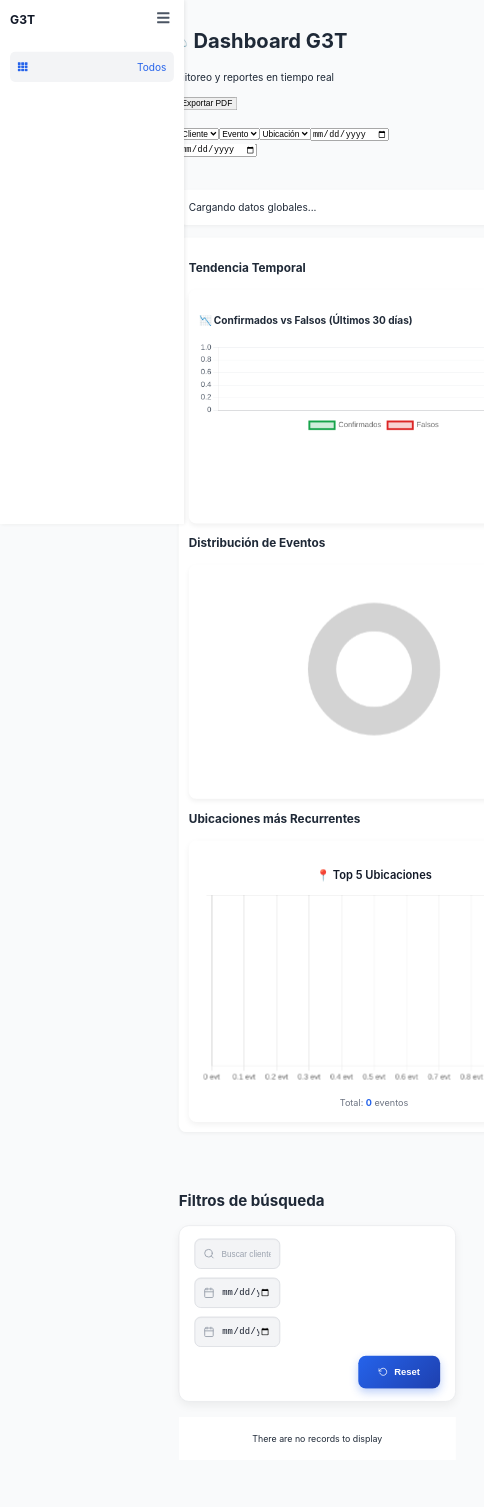
Repository: BBrian11/reportes
Page: /
An editor plug-in stored every save of this project. The page is shown before and after the next save, followed by the edit.
The browser window is 768 px wide. The pictures show the whole page, at 63% of full size.
The page's requests for data from a server got no answer. The project was rebuilt for these pictures with package versions that can differ from the ones it lists, and the page was loaded fresh each time. Some packages were replaced by stand-ins written for this rebuild. No one was signed in, and anything a server would have sent is missing. Also part of the build but not shown: vite.config.js, src/components/Dashboard/BarChart.jsx, src/styles/tgsstats.css, src/components/Dashboard/TgsStats.jsx, src/styles/edificiostats.css, src/components/Dashboard/EdificioStats.jsx, src/styles/vtvstats.css, src/components/Dashboard/VtvStats.jsx and 6 more.

Above is the page before, as saved 2025-08-01 14:18:45.

### index.html
<!DOCTYPE html>
<html lang="es">
  <head>
    <meta charset="UTF-8" />
    <meta name="viewport" content="width=device-width, initial-scale=1.0" />
    <title>Dashboard G3T</title>
  </head>
  <body>
    <div id="root"></div>
    <script type="module" src="/src/main.jsx"></script>
  </body>
</html>

### src/main.jsx
import React from "react";
import ReactDOM from "react-dom/client";
import App from "./App.jsx";
import "./styles/dashboard.css";
import "./styles/form.css";

ReactDOM.createRoot(document.getElementById("root")).render(
  <React.StrictMode>
    <App />
  </React.StrictMode>
);

### src/App.jsx
import React from "react";
import Dashboard from "./components/Dashboard/Dashboard.jsx";

export default function App() {
  return <Dashboard />;
}

### src/components/Dashboard/Sidebar.jsx
import React, { useState, useMemo } from "react";
import {
  FaBars,
  FaBuilding,
  FaTools,
  FaCar,
  FaHome,
  FaTh,
  FaChevronDown,
  FaChevronUp,
} from "react-icons/fa";
import "../../styles/sidebar.css";

export default function Sidebar({ eventos, onSelectCliente, onSelectUbicacion }) {
  const [collapsed, setCollapsed] = useState(false);
  const [activeCliente, setActiveCliente] = useState("Todos");
  const [expanded, setExpanded] = useState(null);
  const [searchTerm, setSearchTerm] = useState("");

  // ✅ Construir estructura: Cliente -> Grupo -> Ubicación
  const estructura = useMemo(() => {
    const map = {};

    eventos.forEach((e) => {
      const cliente = e.cliente || "Otros";
      const grupo = e.grupo || e.ubicacion?.split(" ")[0] || "General"; // Ej: "Edificio CALVO"
      const ubicacion = e.ubicacion || "Sin ubicación";

      if (!map[cliente]) {
        map[cliente] = {};
      }
      if (!map[cliente][grupo]) {
        map[cliente][grupo] = new Set();
      }
      map[cliente][grupo].add(ubicacion);
    });

    return map; // { Cliente: { Grupo: [Ubicaciones] } }
  }, [eventos]);

  const iconos = {
    TGS: <FaTools />,
    Edificios: <FaBuilding />,
    VTV: <FaCar />,
    Barrios: <FaHome />,
    Todos: <FaTh />,
  };

  const handleSelectCliente = (cliente) => {
    setActiveCliente(cliente);
    onSelectCliente(cliente);
  };

  const toggleExpand = (cliente) => {
    setExpanded(expanded === cliente ? null : cliente);
    setSearchTerm(""); // Reset búsqueda
  };

  return (
    <aside className={`sidebar ${collapsed ? "collapsed" : ""}`}>
      <div className="sidebar-header">
        {!collapsed && <span className="logo-text">G3T</span>}
        <button className="toggle-btn" onClick={() => setCollapsed(!collapsed)}>
          <FaBars />
        </button>
      </div>

      <nav>
        <ul>
          {/* Opción general */}
          <li
            className={`sidebar-link ${activeCliente === "Todos" ? "active" : ""}`}
            onClick={() => handleSelectCliente("Todos")}
          >
            {iconos.Todos} {!collapsed && <span>Todos</span>}
          </li>

          {/* Clientes dinámicos */}
          {Object.keys(estructura).map((cliente, idx) => (
            <li key={idx} className="sidebar-item">
              <div
                className={`sidebar-link ${activeCliente === cliente ? "active" : ""}`}
                onClick={() => handleSelectCliente(cliente)}
              >
                {iconos[cliente] || <FaBuilding />}
                {!collapsed && (
                  <>
                    <span>{cliente}</span>
                    <button
                      className="expand-btn"
                      onClick={(e) => {
                        e.stopPropagation();
                        toggleExpand(cliente);
                      }}
                    >
                      {expanded === cliente ? <FaChevronUp /> : <FaChevronDown />}
                    </button>
                  </>
                )}
              </div>

              {/* Submenú: grupos y ubicaciones */}
              {expanded === cliente && !collapsed && (
                <div className="sub-menu">
                  <input
                    type="text"
                    placeholder="Buscar ubicación..."
                    value={searchTerm}
                    onChange={(e) => setSearchTerm(e.target.value)}
                    className="search-input"
                  />

                  <div className="scrollable-list">
                    {Object.keys(estructura[cliente]).map((grupo, gIdx) => (
                      <div key={gIdx} className="grupo">
                        <strong>{grupo}</strong>
                        <ul>
                          {[...estructura[cliente][grupo]]
                            .filter((u) =>
                              u.toLowerCase().includes(searchTerm.toLowerCase())
                            )
                            .map((ubicacion, i) => (
                              <li
                                key={i}
                                onClick={() => onSelectUbicacion(cliente, ubicacion)}
                                className="sub-item"
                              >
                                {ubicacion}
                              </li>
                            ))}
                        </ul>
                      </div>
                    ))}
                  </div>
                </div>
              )}
            </li>
          ))}
        </ul>
      </nav>
    </aside>
  );
}

### src/components/Dashboard/Header.jsx
import React from 'react';

export default function Header() {
  return (
    <div className="bg-gradient-to-r from-blue-700 to-indigo-800 text-white p-4 rounded-lg shadow-md flex justify-between items-center mb-4">
      <div>
        <h1 className="text-xl font-bold">📡 Dashboard G3T</h1>
        <p className="text-sm">Monitoreo y reportes en tiempo real</p>
      </div>
      <button className="bg-white text-blue-900 px-4 py-2 rounded shadow hover:bg-gray-200 transition">
        📄 Exportar PDF
      </button>
    </div>
  );
}

### src/components/Dashboard/Filters.jsx
import React from 'react';

export default function Filters() {
  return (
    <div className="bg-white p-4 rounded-lg shadow mb-4 flex flex-wrap gap-2">
      <select className="border p-2 rounded w-full md:w-auto">
        <option>Cliente</option>
      </select>
      <select className="border p-2 rounded w-full md:w-auto">
        <option>Evento</option>
      </select>
      <select className="border p-2 rounded w-full md:w-auto">
        <option>Ubicación</option>
      </select>
      <input type="date" className="border p-2 rounded w-full md:w-auto" />
      <input type="date" className="border p-2 rounded w-full md:w-auto" />
    </div>
  );
}

### src/components/Dashboard/Charts.jsx
import React from "react";
import BarChart from "./BarChart";
import PieChart from "./PieChart";
import LineChart from "./LineChart";
import HorizontalChart from "./HorizontalChart";
import {
  Chart as ChartJS,
  CategoryScale,
  LinearScale,
  BarElement,
  ArcElement,
  PointElement,
  LineElement,
  Title,
  Tooltip,
  Legend,
} from "chart.js";

ChartJS.register(
  CategoryScale,
  LinearScale,
  BarElement,
  ArcElement,
  PointElement,
  LineElement,
  Title,
  Tooltip,
  Legend
);

export default function Charts({ eventos }) {
  return (
    <div className="grid grid-cols-1 lg:grid-cols-2 xl:grid-cols-3 gap-6 mb-6">
      {/* ✅ Eventos por mes */}


      {/* ✅ Tendencia Temporal */}
      <div className="bg-white rounded-xl shadow p-4 hover:shadow-lg transition">
        <h3 className="text-lg font-semibold mb-4">Tendencia Temporal</h3>
        <LineChart eventos={eventos} />
      </div>

      {/* ✅ Distribución por Tipo de Evento */}
      <div className="bg-white rounded-xl shadow p-4 hover:shadow-lg transition">
        <h3 className="text-lg font-semibold mb-4">Distribución de Eventos</h3>
        <PieChart eventos={eventos} />
      </div>

      {/* ✅ Ubicaciones más Recurrentes */}
      <div className="bg-white rounded-xl shadow p-4 hover:shadow-lg transition col-span-2">
        <h3 className="text-lg font-semibold mb-4">Ubicaciones más Recurrentes</h3>
        <HorizontalChart eventos={eventos} />
      </div>

      {/* ✅ Comparativa Día vs Noche */}

    </div>
  );
}

### src/styles/sidebar.css
.sidebar {
    width: 260px;
    background: #fff;
    height: 100vh;
    position: fixed;
    top: 0;
    left: 0;
    display: flex;
    flex-direction: column;
    padding: 16px;
    box-shadow: 2px 0 6px rgba(0, 0, 0, 0.08);
    transition: width 0.3s ease;
    overflow: hidden;
  }

  .sidebar.collapsed {
    width: 80px;
  }

  .sidebar-header {
    display: flex;
    justify-content: space-between;
    align-items: center;
    margin-bottom: 20px;
  }

  .logo-text {
    font-size: 1.2rem;
    font-weight: 700;
    color: #111827;
  }

  .toggle-btn {
    background: none;
    border: none;
    font-size: 1.4rem;
    cursor: pointer;
    color: #4b5563;
  }

  .sidebar ul {
    list-style: none;
    padding: 0;
  }

  .sidebar-item {
    margin-bottom: 6px;
  }

  .sidebar-link {
    display: flex;
    align-items: center;
    justify-content: space-between;
    padding: 12px;
    border-radius: 8px;
    color: #374151;
    cursor: pointer;
    transition: background 0.2s ease;
  }

  .sidebar-link:hover,
  .sidebar-link.active {
    background: #f3f4f6;
    color: #2563eb;
  }

  .sub-menu {
    background: #f9fafb;
    margin-top: 6px;
    border-radius: 6px;
    padding: 8px;
  }

  .search-input {
    width: 100%;
    padding: 6px 10px;
    border-radius: 6px;
    border: 1px solid #d1d5db;
    margin-bottom: 8px;
    font-size: 0.9rem;
  }

  .scrollable-list {
    max-height: 180px; /* ✅ Scroll interno */
    overflow-y: auto;
  }

  .scrollable-list ul {
    list-style: none;
    padding-left: 12px;
    margin: 4px 0;
  }

  .sub-item {
    padding: 6px;
    cursor: pointer;
    border-radius: 4px;
    font-size: 0.9rem;
    color: #4b5563;
  }

  .sub-item:hover {
    background: #e5e7eb;
    color: #111827;
  }

  .grupo {
    margin-bottom: 8px;
  }

  .grupo strong {
    font-size: 0.85rem;
    color: #6b7280;
    display: block;
    margin-bottom: 4px;
  }

### src/components/Dashboard/PieChart.jsx
// src/components/Dashboard/PieChart.jsx
import React, { useEffect } from "react";
import * as echarts from "echarts";

export default function PieChart({ eventos }) {
  useEffect(() => {
    const chartDom = document.getElementById("pieChart");
    const myChart = echarts.init(chartDom);

    const eventCounts = {};
    eventos.forEach((e) => {
      eventCounts[e.evento] = (eventCounts[e.evento] || 0) + 1;
    });

    const data = Object.keys(eventCounts).map((key) => ({
      name: key,
      value: eventCounts[key],
    }));

    myChart.setOption({
      tooltip: { trigger: "item" },
      series: [
        {
          type: "pie",
          radius: ["40%", "70%"],
          avoidLabelOverlap: false,
          label: { show: true, formatter: "{b}: {c}" },
          data: data,
        },
      ],
    });

    return () => myChart.dispose();
  }, [eventos]);

  return   <div className="bar-chart-card"><div id="pieChart" style={{ height: "300px" }}></div></div>;
}

### src/components/Dashboard/LineChart.jsx
import { Line } from "react-chartjs-2";

export default function LineChart({ eventos }) {
  // ✅ Filtrar últimos 30 días
  const hoy = new Date();
  const hace30dias = new Date();
  hace30dias.setDate(hoy.getDate() - 30);

  const ultimosEventos = eventos.filter(
    (e) => e.fechaObj && e.fechaObj >= hace30dias && e.fechaObj <= hoy
  );

  // ✅ Agrupar confirmados vs falsos por día
  const grouped = {};
  ultimosEventos.forEach((e) => {
    const key = e.fechaObj.toLocaleDateString("es-AR", {
      day: "2-digit",
      month: "short",
    });

    if (!grouped[key]) grouped[key] = { confirmados: 0, falsos: 0 };
    if (e.evento.toLowerCase().includes("confirmado")) {
      grouped[key].confirmados += 1;
    } else if (e.evento.toLowerCase().includes("falso")) {
      grouped[key].falsos += 1;
    }
  });

  // ✅ Ordenar fechas
  const sortedKeys = Object.keys(grouped).sort((a, b) => {
    const parseKey = (str) => {
      const [day, month] = str.split(" ");
      const meses = [
        "ene", "feb", "mar", "abr", "may", "jun",
        "jul", "ago", "sep", "oct", "nov", "dic"
      ];
      return new Date(new Date().getFullYear(), meses.indexOf(month), parseInt(day));
    };
    return parseKey(a) - parseKey(b);
  });

  const data = {
    labels: sortedKeys,
    datasets: [
      {
        label: "Confirmados",
        data: sortedKeys.map((k) => grouped[k].confirmados),
        borderColor: "#16a34a",
        backgroundColor: "rgba(22, 163, 74, 0.2)",
        fill: true,
        tension: 0.3,
        pointBackgroundColor: "#16a34a",
      },
      {
        label: "Falsos",
        data: sortedKeys.map((k) => grouped[k].falsos),
        borderColor: "#dc2626",
        backgroundColor: "rgba(220, 38, 38, 0.2)",
        fill: true,
        tension: 0.3,
        pointBackgroundColor: "#dc2626",
      },
    ],
  };

  const options = {
    responsive: true,
    maintainAspectRatio: false,
    plugins: {
      legend: { position: "bottom" },
      tooltip: {
        callbacks: {
          label: (ctx) => `${ctx.dataset.label}: ${ctx.parsed.y} eventos`,
        },
      },
    },
    scales: {
      x: {
        ticks: { color: "#4b5563", font: { size: 12 } },
        grid: { display: false },
      },
      y: {
        beginAtZero: true,
        ticks: { color: "#4b5563" },
        grid: { color: "#f3f4f6" },
      },
    },
  };

  return (
    <div className="bar-chart-card">
    <div className="line-chart-card">
      <h4 className="line-chart-title">📉 Confirmados vs Falsos (Últimos 30 días)</h4>
      <div className="line-chart-wrapper">
        <Line data={data} options={options} />
      </div>
    </div>    </div>
  );
}

### src/components/Dashboard/HorizontalChart.jsx
import { Bar } from "react-chartjs-2";
import "../../styles/horizontalchart.css"; // ✅ Nueva hoja de estilos

export default function HorizontalChart({ eventos }) {
  const countByLocation = {};
  eventos.forEach(e => {
    countByLocation[e.ubicacion] = (countByLocation[e.ubicacion] || 0) + 1;
  });

  const sorted = Object.entries(countByLocation)
    .sort((a, b) => b[1] - a[1])
    .slice(0, 5);

  const labels = sorted.map(([loc]) => loc);
  const values = sorted.map(([_, count]) => count);
  const total = values.reduce((a, b) => a + b, 0);

  const colors = ["#2563eb", "#16a34a", "#f59e0b", "#dc2626", "#6b7280"];

  const data = {
    labels,
    datasets: [
      {
        label: "Eventos",
        data: values,
        backgroundColor: colors,
        borderRadius: 6,
        barThickness: 28,
      },
    ],
  };

  const options = {
    indexAxis: "y",
    responsive: true,
    maintainAspectRatio: false,
    plugins: {
      legend: { display: false },
      tooltip: {
        callbacks: {
          label: (ctx) => {
            const count = ctx.parsed.x;
            const pct = ((count / total) * 100).toFixed(1);
            return ` ${count} eventos (${pct}%)`;
          },
        },
      },
    },
    scales: {
      x: {
        ticks: {
          callback: (value) => value + " evt",
        },
      },
    },
  };

  return (
    <div className="horizontal-chart-card">
      <h4 className="horizontal-chart-title">📍 Top 5 Ubicaciones</h4>
      <div className="horizontal-chart-wrapper">
        <Bar data={data} options={options} />
      </div>
      <div className="horizontal-chart-footer">
        Total: <span>{total}</span> eventos
      </div>
    </div>
  );
}

### src/styles/eventstable.css
.event-table-card {
    background: #fff;
    border-radius: 12px;
    box-shadow: 0 4px 8px rgba(0,0,0,0.08);
    padding: 20px;
    margin-top: 20px;
    overflow: hidden;
  }

  .table-header {
    display: flex;
    flex-direction: column;
    margin-bottom: 16px;
  }

  .table-title {
    font-size: 1rem;
    font-weight: 700;
    color: #111827;
    display: flex;
    align-items: center;
    gap: 8px;
  }

  .table-subtitle {
    font-size: 0.85rem;
    color: #6b7280;
  }

  .rdt_TableHeader {
    border-bottom: 1px solid #e5e7eb;
  }

  .rdt_Table {
    font-size: 14px;
  }

  .rdt_TableRow {
    transition: background 0.2s ease;
  }

  .rdt_TableRow:hover {
    background: #f9fafb;
  }

  .rdt_Pagination {
    border-top: 1px solid #e5e7eb;
    padding: 10px;
    font-size: 0.85rem;
  }
  .table-header {
    display: flex;
    justify-content: space-between;
    align-items: center;
    margin-bottom: 16px;
    flex-wrap: wrap;
    gap: 12px;
  }

  .table-title-container {
    display: flex;
    flex-direction: column;
  }

  .table-search input {
    padding: 10px 14px;
    border-radius: 8px;
    border: 1px solid #d1d5db;
    font-size: 14px;
    width: 280px;
    transition: 0.3s;
  }

  .table-search input:focus {
    border-color: #2563eb;
    outline: none;
    box-shadow: 0 0 0 2px rgba(37, 99, 235, 0.2);
  }
  /* Botones SweetAlert */
.swal2-popup {
  border-radius: 16px !important;
  padding: 20px !important;
  font-family: 'Poppins', sans-serif;
}

.swal2-title {
  color: #2563eb !important;
  font-size: 20px !important;
  font-weight: bold !important;
}

.swal2-textarea {
  border-radius: 10px !important;
  border: 1px solid #d1d5db !important;
  font-size: 14px;
  min-height: 100px;
}

.btn-save-swal {
  background: #2563eb !important;
  color: white !important;
  border-radius: 8px !important;
  padding: 10px 20px !important;
  font-size: 14px !important;
}

.btn-cancel-swal {
  background: #e5e7eb !important;
  color: #111827 !important;
  border-radius: 8px !important;
  padding: 10px 20px !important;
  font-size: 14px !important;
}/* ===== Contenedor de Filtros ===== */
/* ===== Contenedor de Filtros ===== */
/* ===== Contenedor de Filtros ===== */
/* ===== Contenedor de Filtros ===== */
.filters-container {
  display: grid;
  grid-template-columns: auto; /* Buscador largo + fechas + botón */
  gap: 14px;
  align-items: center;
  background: #f9fafb;
  border: 1px solid #e5e7eb;
  border-radius: 14px;
  padding: 14px 18px;
  margin-bottom: 20px;
  box-shadow: 0 4px 8px rgba(0, 0, 0, 0.05);
}

/* Responsive: Tablets */
@media (max-width: 1024px) {
  .filters-container {
    grid-template-columns: 1fr 1fr;
  }
}

/* Responsive: Mobile */
@media (max-width: 768px) {
  .filters-container {
    grid-template-columns: 1fr;
  }
}

/* ===== Inputs Modernos ===== */
.filters-container .icon-wrapper {
  position: relative;
  width: 100%;
}

.filters-container .icon-wrapper input {
  width: 20%;
  padding: 12px 14px 12px 42px; /* Espacio para ícono */
  border-radius: 10px;
  border: 1px solid #d1d5db;
  background-color: #f3f4f6;
  font-size: 14px;
  color: #111827;
  transition: all 0.3s ease;
  box-shadow: inset 0 1px 2px rgba(0, 0, 0, 0.05);
}

.filters-container .icon-wrapper input:focus {
  border-color: #2563eb;
  background-color: #ffffff;
  outline: none;
  box-shadow: 0 0 0 3px rgba(37, 99, 235, 0.15);
}

/* Placeholder */
.filters-container .icon-wrapper input::placeholder {
  color: #9ca3af;
  font-size: 13px;
}

/* ===== Íconos dentro de inputs ===== */
.filters-container .icon-wrapper svg {
  position: absolute;
  left: 14px;
  top: 50%;
  transform: translateY(-50%);
  color: #9ca3af;
  font-size: 18px;
  pointer-events: none;
}

/* ===== Botón Reset ===== */
.reset-wrapper {
  display: flex;
  justify-content: flex-end;
}

.reset-wrapper button {
  display: flex;
  align-items: center;
  justify-content: center;
  gap: 8px;
  background: linear-gradient(135deg, #2563eb, #1e40af);
  color: #fff;
  font-size: 14px;
  font-weight: 600;
  border: none;
  border-radius: 12px;
  padding: 12px 20px;
  cursor: pointer;
  min-width: 100px;
  height: 46px;
  box-shadow: 0 4px 10px rgba(37, 99, 235, 0.3);
  transition: all 0.3s ease-in-out;
}

.reset-wrapper button:hover {
  background: linear-gradient(135deg, #1e40af, #1d4ed8);
  transform: translateY(-2px);
}

.reset-wrapper button:active {
  transform: scale(0.98);
}
/* Contenedor principal */
.filters-wrapper {
  margin-bottom: 20px;
}
/* ===== Contenedor de Filtros ===== */
.filters-container {
  display: grid;
  grid-template-columns: 1fr 250px 250px auto; /* Buscador + Fechas + Botón */
  gap: 20px;
  align-items: center;
  background: #ffffff;
  border: 1px solid #e5e7eb;
  border-radius: 16px;
  padding: 20px 24px;
  margin-bottom: 24px;
  box-shadow: 0 6px 16px rgba(0, 0, 0, 0.06);
  transition: all 0.3s ease-in-out;
}

/* Hover */
.filters-container:hover {
  box-shadow: 0 10px 24px rgba(0, 0, 0, 0.08);
}

/* ===== Responsive ===== */
@media (max-width: 1024px) {
  .filters-container {
    grid-template-columns: 1fr 1fr; /* Dos columnas */
  }
}

@media (max-width: 768px) {
  .filters-container {
    grid-template-columns: 1fr; /* Una columna */
    gap: 14px;
  }
}

/* ===== Inputs ===== */
.icon-wrapper {
  position: relative;
  width: 100%;
}

.icon-wrapper input {
  width: 100%;
  height: 22px; /* ✅ Altura uniforme */
  padding: 14px 16px 14px 46px; /* Espacio para ícono */
  border-radius: 12px;
  border: 1px solid #d1d5db;
  background-color: #f9fafb;
  font-size: 15px;
  color: #111827;
  font-weight: 500;
  transition: all 0.3s ease;
  box-shadow: inset 0 1px 2px rgba(0, 0, 0, 0.05);
}

/* Hover */
.icon-wrapper input:hover {
  background-color: #ffffff;
  border-color: #cbd5e1;
}

/* Focus */
.icon-wrapper input:focus {
  border-color: #2563eb;
  background-color: #ffffff;
  outline: none;
  box-shadow: 0 0 0 4px rgba(37, 99, 235, 0.2);
}

/* Placeholder */
.icon-wrapper input::placeholder {
  color: #9ca3af;
  font-size: 14px;
}

/* ===== Íconos ===== */
.icon-wrapper svg {
  position: absolute;
  left: 16px;
  top: 50%;
  transform: translateY(-50%);
  color: #6b7280;
  font-size: 18px;
  pointer-events: none;
}

/* ===== Botón Reset ===== */
.reset-wrapper {
  display: flex;
  justify-content: flex-end;
}

.reset-wrapper button {
  display: flex;
  align-items: center;
  justify-content: center;
  gap: 10px;
  background: linear-gradient(135deg, #2563eb, #1e40af);
  color: #ffffff;
  font-size: 15px;
  font-weight: 600;
  border: none;
  border-radius: 12px;
  padding: 14px 24px;
  height: 52px;
  min-width: 130px;
  cursor: pointer;
  box-shadow: 0 6px 14px rgba(37, 99, 235, 0.3);
  transition: all 0.3s ease-in-out;
}

/* Hover botón */
.reset-wrapper button:hover {
  background: linear-gradient(135deg, #1e40af, #1d4ed8);
  transform: translateY(-2px);
  box-shadow: 0 10px 18px rgba(37, 99, 235, 0.4);
}

/* Active */
.reset-wrapper button:active {
  transform: scale(0.98);
}

### src/styles/barChart.css
.bar-chart-card {
    background: #fff;
    border-radius: 12px;
    padding: 16px;
    box-shadow: 0 4px 8px rgba(0, 0, 0, 0.06);
    display: flex;
    flex-direction: column;
    gap: 12px;
    height: 340px;
  }

  .bar-chart-title {
    font-size: 1rem;
    font-weight: 600;
    color: #111827;
    text-align: center;
  }

  .bar-chart-wrapper {
    position: relative;
    height: 250px;
  }

### src/styles/horizontalchart.css
.horizontal-chart-card {
    background: #fff;
    border-radius: 12px;
    padding: 20px;
    box-shadow: 0 4px 10px rgba(0, 0, 0, 0.06);
    display: flex;
    flex-direction: column;
    justify-content: space-between;
    height: 100%;
    transition: transform 0.2s ease, box-shadow 0.2s ease;
  }

  .horizontal-chart-card:hover {
    transform: translateY(-4px);
    box-shadow: 0 8px 16px rgba(0, 0, 0, 0.08);
  }

  .horizontal-chart-title {
    font-size: 1.1rem;
    font-weight: 600;
    color: #111827;
    margin-bottom: 16px;
    text-align: center;
  }

  .horizontal-chart-wrapper {
    position: relative;
    height: 300px;
    margin-bottom: 12px;
  }

  .horizontal-chart-footer {
    font-size: 0.9rem;
    color: #6b7280;
    text-align: center;
    margin-top: 8px;
  }

  .horizontal-chart-footer span {
    font-weight: bold;
    color: #2563eb;
  }

Loaded but not shown: src/services/firebase.js (16 lines, source omitted); src/styles/dashboard.css (673 lines, source omitted); src/components/Dashboard/Dashboard.jsx (150 lines, source omitted); src/components/Dashboard/EventsTable.jsx (180 lines, source omitted); src/components/Dashboard/GlobalStats.jsx (148 lines, source omitted)

After the next save:
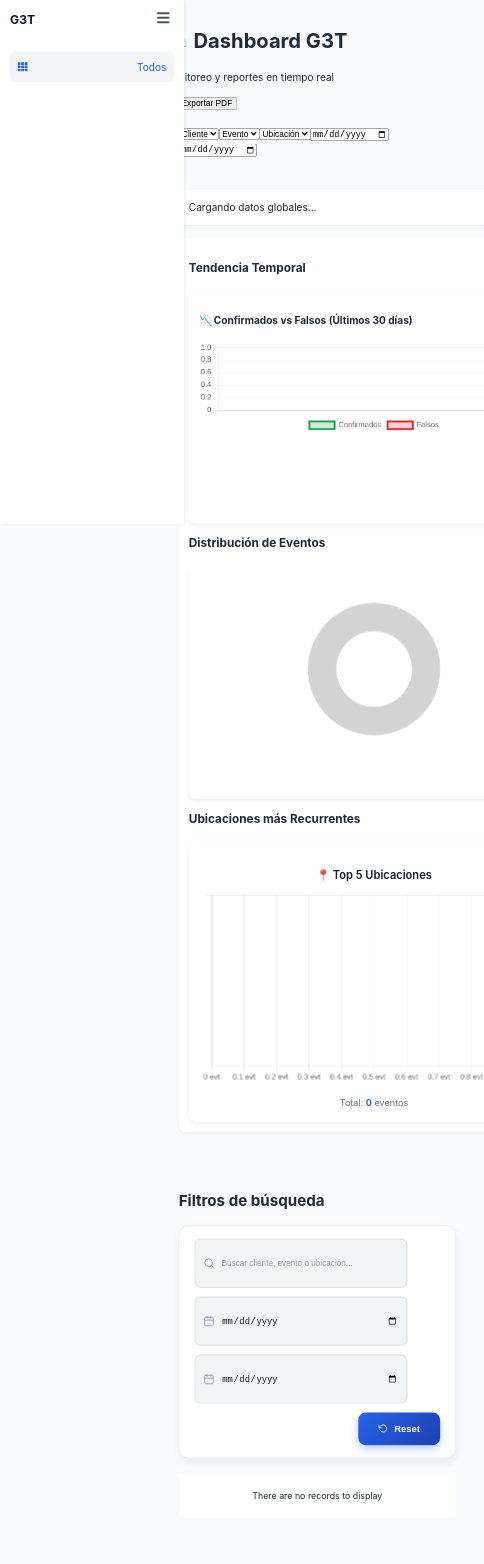
Saved 12 s later.
--- a/src/styles/eventstable.css
+++ b/src/styles/eventstable.css
@@ -221,9 +221,10 @@
   margin-bottom: 20px;
 }
 /* ===== Contenedor de Filtros ===== */
+/* ===== Contenedor de Filtros ===== */
 .filters-container {
   display: grid;
-  grid-template-columns: 1fr 250px 250px auto; /* Buscador + Fechas + Botón */
+  grid-template-columns: 1fr 300px 300px auto; /* ✅ Ahora los inputs de fecha son más largos */
   gap: 20px;
   align-items: center;
   background: #ffffff;
@@ -241,15 +242,15 @@
 }
 
 /* ===== Responsive ===== */
-@media (max-width: 1024px) {
+@media (max-width: 1200px) {
   .filters-container {
-    grid-template-columns: 1fr 1fr; /* Dos columnas */
+    grid-template-columns: 1fr 1fr; /* ✅ En pantallas medianas: dos columnas */
   }
 }
 
 @media (max-width: 768px) {
   .filters-container {
-    grid-template-columns: 1fr; /* Una columna */
+    grid-template-columns: 1fr; /* ✅ En móviles: una columna */
     gap: 14px;
   }
 }
@@ -262,7 +263,7 @@
 
 .icon-wrapper input {
   width: 100%;
-  height: 22px; /* ✅ Altura uniforme */
+  height: 52px; /* Altura uniforme */
   padding: 14px 16px 14px 46px; /* Espacio para ícono */
   border-radius: 12px;
   border: 1px solid #d1d5db;
@@ -272,6 +273,7 @@
   font-weight: 500;
   transition: all 0.3s ease;
   box-shadow: inset 0 1px 2px rgba(0, 0, 0, 0.05);
+  min-width: 280px; /* ✅ Forzamos ancho mínimo grande */
 }
 
 /* Hover */
